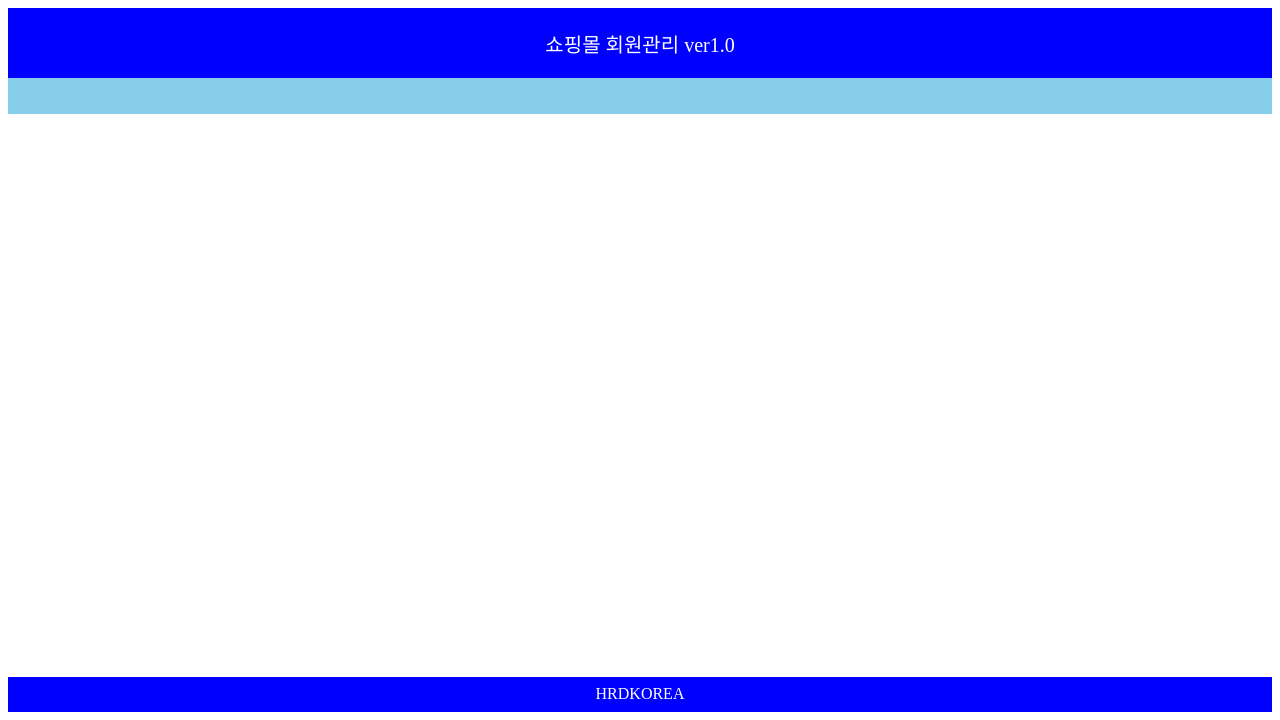
Repository: choigobin/Programming
Page: http://localhost/HRD_1119/
An editor plug-in stored every save of this project. The page is shown before and after the next save, followed by the edit.
The browser window is 1280 px wide. The pictures show the whole page.
The page is served by Tomcat 9.

Above is the page before, as saved 2019-11-19 06:44:20.

### YangJung/workspace/HRD_1119/WebContent/index.jsp
<%@ page language="java" contentType="text/html; charset=UTF-8"
    pageEncoding="UTF-8"%>
<html>
<head>
<meta charset="UTF-8">
<style>
#tb1 {
		height:100%; width:100%;
		border: 0px;
		border-collapse: collapse;
		}
#tb2{
	border: solide black 1px;
	border-collapse: separate;
	}
#t1 {
	border: 0px;
	}
tr,td,th{
	border: solid black 1px;
	}
</style>
<title>쇼핑몰 회원관리</title>
</head>
<body>
<table id="tb1">
<tr id="t1" height="10%"><%-- header --%>
	<td id="t1" bgcolor="blue" align="center">
		<span style="font-size:20px; color:white;">쇼핑몰 회원관리 ver1.0</span>
	</td>
</tr>
<tr id="t1" height="5%"><%-- nav --%>
	<td id="t1" bgcolor="skyblue" align="center">

	</td>
</tr>
<tr id="t1">
	<td id="t1">

	</td>
</tr>
<tr id="t1" height="5%"><%-- footer --%>
	<td id="t1" bgcolor="blue" align="center">
		<span style="color:white;">HRDKOREA</span>
	</td>
</tr>
</table>
</body>
</html>

After the next save:
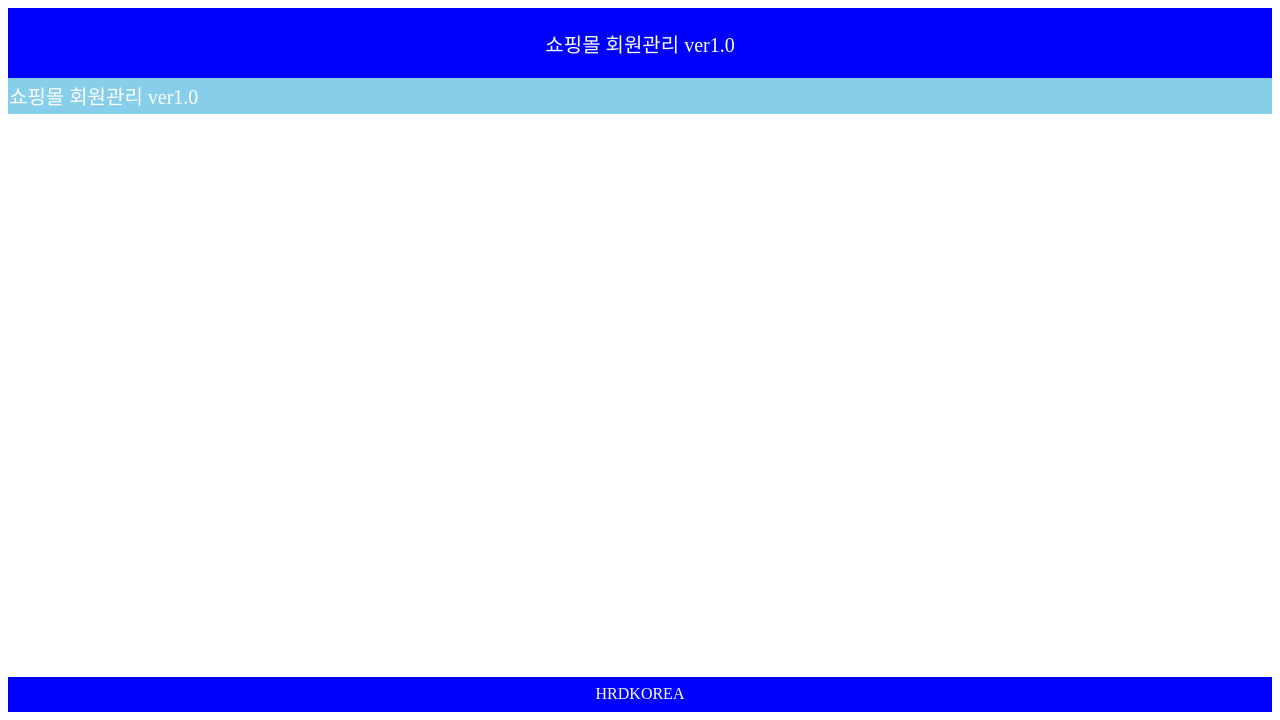
Saved 14 s later.
--- a/YangJung/workspace/HRD_1119/WebContent/index.jsp
+++ b/YangJung/workspace/HRD_1119/WebContent/index.jsp
@@ -30,8 +30,8 @@ tr,td,th{
 	</td>
 </tr>
 <tr id="t1" height="5%"><%-- nav --%>
-	<td id="t1" bgcolor="skyblue" align="center">
-
+	<td id="t1" bgcolor="skyblue" align="left">
+		<span style="font-size:20px; color:white;">쇼핑몰 회원관리 ver1.0</span>
 	</td>
 </tr>
 <tr id="t1">
